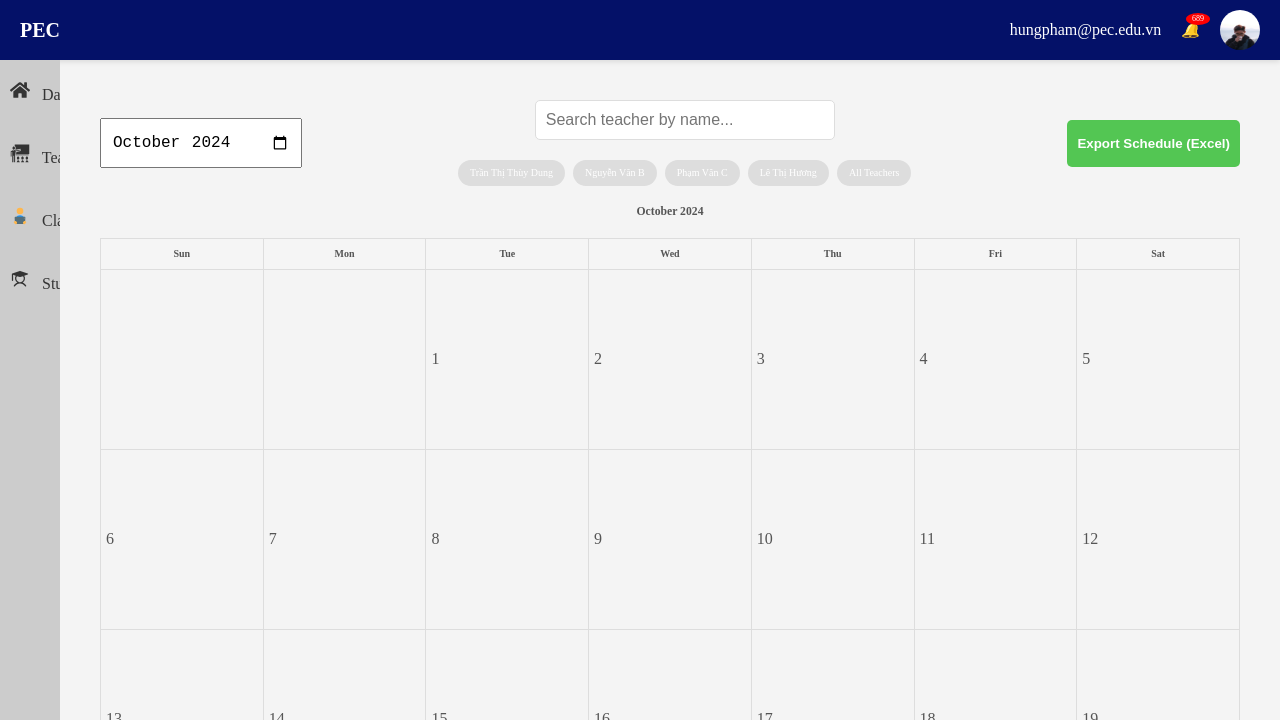
Repository: BitDanceLabels/Bumblebee_BDG
Page: /class-schedule
The author's editor kept a copy of each file at every save. The page is drawn from the files as they stood at one save, then again after the next save.
The browser window is 1280 px wide. The pictures show the whole page.
An inner scrolling area shows only its first screen. The project was rebuilt for these pictures with package versions that can differ from the ones it lists, and the page was loaded fresh each time. Also part of the build but not shown: vite.config.js, src/components/Dashboard/ScheduleStyle.jsx, src/shared/functions.jsx, src/components/Dashboard/ScheduleComponent.jsx, src/components/modal/ClassBookingModal.jsx, src/components/modal/ClassUpdateBookingModal.jsx, src/components/Management/Booking.jsx, src/components/modal/CreateStudentModal.jsx and 25 more.

Above is the page before, as saved 2024-10-09 08:55:30.

### index.html
<!DOCTYPE html>
<html lang="en">
  <head>
    <meta charset="UTF-8" />
    <link rel="icon" type="image/png" href="./src/assets/main_logo.png" />
    <meta name="viewport" content="width=device-width, initial-scale=1.0" />
    <title>Power English CRM</title>
  </head>
  <body>
    <div id="root"></div>
    <script type="module" src="/src/main.jsx"></script>
  </body>
</html>

### src/main.jsx
import { StrictMode } from 'react'
import { createRoot } from 'react-dom/client'
import MainApp from './pages/MainApp.jsx'
import App from './App.jsx'
import './index.css'

createRoot(document.getElementById('root')).render(
  <StrictMode>
    <MainApp />
  </StrictMode>
)

### src/pages/MainApp.jsx
import React, { useState } from 'react'
import Header from '../components/General/Header'
import Navbar from '../components/General/Navbar'
import ScheduleComponent from '../components/Dashboard/ScheduleComponent'
import ClassScheduleMonthly from '../components/Dashboard/ClassScheduleMonthly'
import Booking from '../components/Management/Booking'
import ListOfStudent from '../components/Student/ListOfStudent'
import ListOfTeacher from '../components/Teacher/ListOfTeacher'
import { BrowserRouter as Router, Route, Routes } from 'react-router-dom'
import styled from 'styled-components'
import TeacherTabs from '../components/Teacher/TeacherTabs'
import StudentProfile from '../components/Student/StudentProfile'
import TeacherRegisterTimeTable from '../components/Teacher/TeacherRegisterTimeTable'
import TeacherTimeTable from '../components/Teacher/TeacherTimeTable'
import CourseInfo from '../components/Student/CourseInfo'
import TicketTabs from '../components/Management/TicketTabs'
import Users from '../components/Management/Users'

function MainApp() {
  const [isHovered, setIsHovered] = useState(false)

  return (
    <Router>
      <MainAppWrapper>
        <HeaderWrapper>
          <Header />
        </HeaderWrapper>
        <div className="main-layout">
          {/* Truyền setIsHovered để cập nhật trạng thái */}
          <NavbarWrapper
            onMouseEnter={() => setIsHovered(true)}
            onMouseLeave={() => setIsHovered(false)}
            isHovered={isHovered}
          >
            {/* Truyền trạng thái isHovered vào Navbar */}
            <Navbar isHovered={isHovered} />
          </NavbarWrapper>
          <ContentWrapper isHovered={isHovered}>
            <Routes>
              <Route path="/classes" element={<ScheduleComponent />} />
              <Route
                path="/class-schedule"
                element={<ClassScheduleMonthly />}
              />
              <Route path="/booking" element={<Booking />} />
              <Route path="/students" element={<ListOfStudent />} />
              <Route path="/teacher" element={<ListOfTeacher />} />
              <Route path="/teacher-profile" element={<TeacherTabs />} />
              <Route path="/student-profile" element={<StudentProfile />} />
              <Route path="/teacher-timetable" element={<TeacherTimeTable />} />
              <Route path="/course-info" element={<CourseInfo />} />
              <Route path="/ticket" element={<TicketTabs />} />
              <Route path="/users" element={<Users />} />
              <Route
                path="/teacher-register"
                element={<TeacherRegisterTimeTable />}
              />
              {/* Add more routes as needed */}
            </Routes>
          </ContentWrapper>
        </div>
      </MainAppWrapper>
    </Router>
  )
}

const MainAppWrapper = styled.main`
  width: 100%;
  display: flex;
  flex-direction: column;
  height: 100vh;

  .main-layout {
    display: flex;
    flex-grow: 1;
  }
`

const HeaderWrapper = styled.header`
  position: fixed;
  top: 0;
  width: 100%;
  z-index: 1000;
  background-color: white;
  box-shadow: 0 2px 5px rgba(0, 0, 0, 0.1);
`

const NavbarWrapper = styled.nav`
  position: fixed;
  top: 60px;
  left: 0;
  height: calc(100vh - 60px);
  width: ${({ isHovered }) => (isHovered ? '250px' : '60px')};
  background-color: #ccc;
  color: white;
  z-index: 1000;
  overflow-y: auto;
  overflow-x: hidden;
  transition: width 0.3s ease, transform 0.3s ease;

  &:hover {
    transform: translateX(0);
  }
`

const ContentWrapper = styled.div`
  margin-top: 60px;
  margin-left: ${({ isHovered }) =>
    isHovered ? '250px' : '60px'}; /* Thay đổi margin khi hover */
  padding: 20px;
  flex-grow: 1;
  background-color: #f4f4f4;
  min-height: 100%;
  overflow-y: auto;
  transition: margin-left 0.3s ease;
`

export default MainApp

### src/index.css
/*
--- 01 TYPOGRAPHY SYSTEM

- Font sizes (px)
10 / 12 / 14 / 16 / 18 / 20 / 24 / 30 / 36 / 44 / 52 / 62 / 74 / 86 / 98
h2: 3.6rem
h3: 2.4rem
p: 1.8rem

- Font weights
Default: 400
Medium: 500
Semi-bold: 600
Bold: 700

- Line heights
Default: 1
Small: 1.05
Medium: 1.2
Paragraph default: 1.6
Large: 1.8

- Letter spacing
-0.5px
0.75px


--- 05 SHADOWS

0 2.4rem 4.8rem rgba(0, 0, 0, 0.075);

--- 06 BORDER-RADIUS

Default: 9px
Medium: 11px

--- 07 WHITESPACE

- Spacing system (px)
2 / 4 / 8 / 12 / 16 / 24 / 32 / 48 / 64 / 80 / 96 / 128
*/

/* google font */
@import url('https://fonts.googleapis.com/css2?family=Rubik:wght@400;500;600;700&display=swap');
* {
  padding: 0;
  margin: 0;
  box-sizing: border-box;
}

html {
  /* font-size: 10px; */

  /* 10px / 16px = 0.625 = 62.5% */
  /* Percentage of user's browser font-size setting */
  font-size: 62.5%;
  overflow-x: hidden;

  /* Does NOT work on Safari */
  scroll-behavior: smooth;
}

body {
  font-family: 'Times New Roman', Times, serif;
  line-height: 1;
  font-weight: 400;
  color: #555;
  /* background-color: #f9f9f9; */
  background-color: #f1f3f5;

  /* Only works if there is nothing absolutely positioned in relation to body */
  overflow-x: hidden;
}

/**************************/
/* GENRAL REUSABLE COMPONENTS */
/**************************/

/* container */
.container {
  max-width: 1200px;
  margin: 0 auto;
  padding: 0 1.8rem;
}

@media screen and (min-width: 768px) {
  .container {
    padding: 0 3.4rem;
  }
}

@media screen and (min-width: 1400px) {
  .container {
    padding: 0 1rem;
  }
}

.grid {
  display: grid;
  column-gap: 6.4rem;
  row-gap: 9.6rem;

  /* margin-bottom: 9.6rem; */
}

.flex {
  display: flex;
  align-items: center;
}

/* .grid:last-child {
    margin-bottom: 0;
  } */

.grid:not(:last-child) {
  margin-bottom: 9.6rem;
}

.grid--2-cols {
  grid-template-columns: repeat(2, 1fr);
}

.grid--3-cols {
  grid-template-columns: repeat(3, 1fr);
}

.grid--4-cols {
  grid-template-columns: repeat(4, 1fr);
}

/* .grid--5-cols {
    grid-template-columns: repeat(5, 1fr);
  } */

.grid--center-v {
  align-items: center;
}

.white-space-large {
  margin-bottom: 12.8rem;
}

.white-space-medium {
  margin-bottom: 9.6rem;
}

.white-space-medium--top {
  margin-top: 9.6rem;
}

.white-space-small {
  margin-bottom: 6.4rem;
}

.white-space-small--top {
  margin-top: 6.4rem;
}

/* .heading-primary,
.heading-secondary,
.heading-tertiary {
  font-weight: 700;
  color: #333;
  letter-spacing: -0.5px;
}

.heading-primary {
  font-size: 5.2rem;
  line-height: 1.05;
  margin-bottom: 3.2rem;
}

.heading-secondary {
  font-size: 4.4rem;
  line-height: 1.2;
  margin-bottom: 9.6rem;
}

.heading-tertiary {
  font-size: 3rem;
  line-height: 1.2;
  margin-bottom: 3.2rem;
}

.subheading {
  display: block;
  font-size: 1.6rem;
  font-weight: 500;
  color: #1971c2;
  text-transform: uppercase;
  margin-bottom: 1.6rem;
  letter-spacing: 0.75px;
} */
/*
.btn,
.btn:link,
.btn:visited {
  display: inline-block;

  text-decoration: none;
  font-size: 2rem;
  font-weight: 600;
  padding: 1.6rem 3.2rem;
  border-radius: 9px;

  border: none;
  cursor: pointer;
  font-family: inherit;
  transition: all 0.3s;
}

.btn--full:link,
.btn--full:visited {
  background-color: #1971c2;
  color: #fff;
}

.btn--full:hover,
.btn--full:active {
  background-color: #1971c2;
}

.btn--outline:link,
.btn--outline:visited {
  background-color: #fff;
  color: #555;
}

.btn--outline:hover,
.btn--outline:active {
  background-color: #fdf2e9;
  box-shadow: inset 0 0 0 3px #fff;
}

.btn--form {
  background-color: #45260a;
  color: #fdf2e9;
  align-self: end;
  padding: 1.2rem;
}

.btn--form:hover {
  background-color: #fff;
  color: #555;
}
*/
/* .link:link,
.link:visited {
  display: inline-block;
  color: #1971c2;
  text-decoration: none;
  border-bottom: 1px solid currentColor;
  padding-bottom: 2px;
  transition: all 0.3s;
}

.link:hover,
.link:active {
  color: #1971c2;
  border-bottom: 1px solid transparent;
}

.list {
  list-style: none;
  display: flex;
  flex-direction: column;
  gap: 1.6rem;
}

.list-item {
  font-size: 1.8rem;
  display: flex;
  align-items: center;
  gap: 1.6rem;
  line-height: 1.2;
}

.list-icon {
  width: 3rem;
  height: 3rem;
  color: #1971c2;
} */

/**/
/* *:focus {
  outline: none;
  box-shadow: 0 0 0 0.3rem #1971c2;
} */

/* HELPER/SETTINGS CLASSES */
.margin-right-sm {
  margin-right: 1.6rem !important;
}

.margin-bottom-md {
  margin-bottom: 4.8rem !important;
}

.center-text {
  text-align: center;
}

strong {
  font-weight: 500;
}

### src/components/General/Navbar.jsx
import React, { useState } from 'react'
import styled from 'styled-components'
import { FaHome } from 'react-icons/fa'
import { GiTeacher } from 'react-icons/gi'
import { FcReadingEbook } from 'react-icons/fc'
import { Link } from 'react-router-dom'
import { PiStudentFill } from 'react-icons/pi'

const Navbar = ({ isHovered }) => {
  const [activeItem, setActiveItem] = useState('dashboard')

  const handleItemClick = (item) => {
    setActiveItem(item)
  }

  return (
    <NavbarWrapper>
      <nav className="navbar">
        <ul>
          <li onClick={() => handleItemClick('classes')}>
            <Link to="/classes">
              <FaHome style={{ marginRight: '8px', fontSize: '20px' }} />{' '}
              Dashboard
            </Link>
          </li>

          {/* Submenu for Classes per day */}
          <ul className={`sub-menu ${isHovered ? 'show' : 'hide'}`}>
            <li
              className={activeItem === 'classes' ? 'active' : ''}
              onClick={() => handleItemClick('classes')}
            >
              <Link to="/classes">★ Classes schedule</Link>
            </li>
          </ul>

          <li onClick={() => handleItemClick('teacher')}>
            <Link to="/teacher">
              <GiTeacher style={{ marginRight: '8px', fontSize: '20px' }} />{' '}
              Teacher
            </Link>
          </li>

          {/* Submenu for List Of Teacher */}
          <ul className={`sub-menu ${isHovered ? 'show' : 'hide'}`}>
            <li
              className={activeItem === 'teacher' ? 'active' : ''}
              onClick={() => handleItemClick('teacher')}
            >
              <Link to="/teacher">★ List Of Teacher</Link>
            </li>

            <li
              className={activeItem === 'teacher-register' ? 'active' : ''}
              onClick={() => handleItemClick('teacher-register')}
            >
              <Link to="/teacher-register">★ Register Time Table</Link>
            </li>

            <li
              className={activeItem === 'teacher-timetable' ? 'active' : ''}
              onClick={() => handleItemClick('teacher-timetable')}
            >
              <Link to="/teacher-timetable">★ Time Table</Link>
            </li>
          </ul>

          <li onClick={() => handleItemClick('booking')}>
            <Link to="/booking">
              <FcReadingEbook
                style={{ marginRight: '8px', fontSize: '20px' }}
              />{' '}
              Class Manager
            </Link>
          </li>

          {/* Submenu for Booking */}
          <ul className={`sub-menu ${isHovered ? 'show' : 'hide'}`}>
            <li
              className={activeItem === 'booking' ? 'active' : ''}
              onClick={() => handleItemClick('booking')}
            >
              <Link to="/booking">★ Booking</Link>
            </li>

            <li
              className={activeItem === 'ticket' ? 'active' : ''}
              onClick={() => handleItemClick('ticket')}
            >
              <Link to="/ticket">★ Teacher Ticket</Link>
            </li>

            <li
              className={activeItem === 'users' ? 'active' : ''}
              onClick={() => handleItemClick('users')}
            >
              <Link to="/users">★ Users</Link>
            </li>
          </ul>

          <li onClick={() => handleItemClick('listOfStudent')}>
            <Link to="/students">
              <PiStudentFill style={{ marginRight: '8px', fontSize: '20px' }} />{' '}
              Student
            </Link>
          </li>

          {/* Submenu for List Of Students */}
          <ul className={`sub-menu ${isHovered ? 'show' : 'hide'}`}>
            <li
              className={activeItem === 'listOfStudent' ? 'active' : ''}
              onClick={() => handleItemClick('listOfStudent')}
            >
              <Link to="/students">★ List Of Students</Link>
            </li>
          </ul>
        </ul>
      </nav>
    </NavbarWrapper>
  )
}

const NavbarWrapper = styled.nav`
  width: 14%;
  .navbar {
    width: 250px;
    background-color: #ccc;
    color: white;
    max-height: 100vh;
    overflow-y: auto;
    overflow-x: hidden;
  }

  .navbar ul {
    list-style-type: none;
    padding: 0;
    margin: 0;
  }

  .navbar li {
    cursor: pointer;
    color: white;
    width: 100%;
  }

  .navbar li a {
    width: 100%;
    color: #333;
    font-weight: 500;
    font-size: 16px;
    display: inline-block;
    transition: transform 0.3s ease;
    text-decoration: none;
    padding: 20px 10px;
  }

  .navbar li:hover a {
    transform: scale(1.2);
    transform-origin: left;
  }

  .navbar li.active {
    background-color: #feed01;
  }

  /* Submenu styles */
  .sub-menu {
    list-style-type: none;
    padding-left: 20px;
    transition: max-height 0.3s ease;
    overflow: hidden;
  }

  .sub-menu.hide {
    max-height: 0;
  }

  .sub-menu.show {
    max-height: 500px;
  }

  .sub-menu li {
  }

  .sub-menu li a {
    font-size: 14px;
    width: 100%;
    padding-left: 32px;
    padding: 20px 30px;
  }
`

export default Navbar

Loaded but not shown: src/components/Dashboard/ClassScheduleMonthly.jsx (236 lines, source omitted); src/components/General/Header.jsx (236 lines, source omitted)

After the next save:
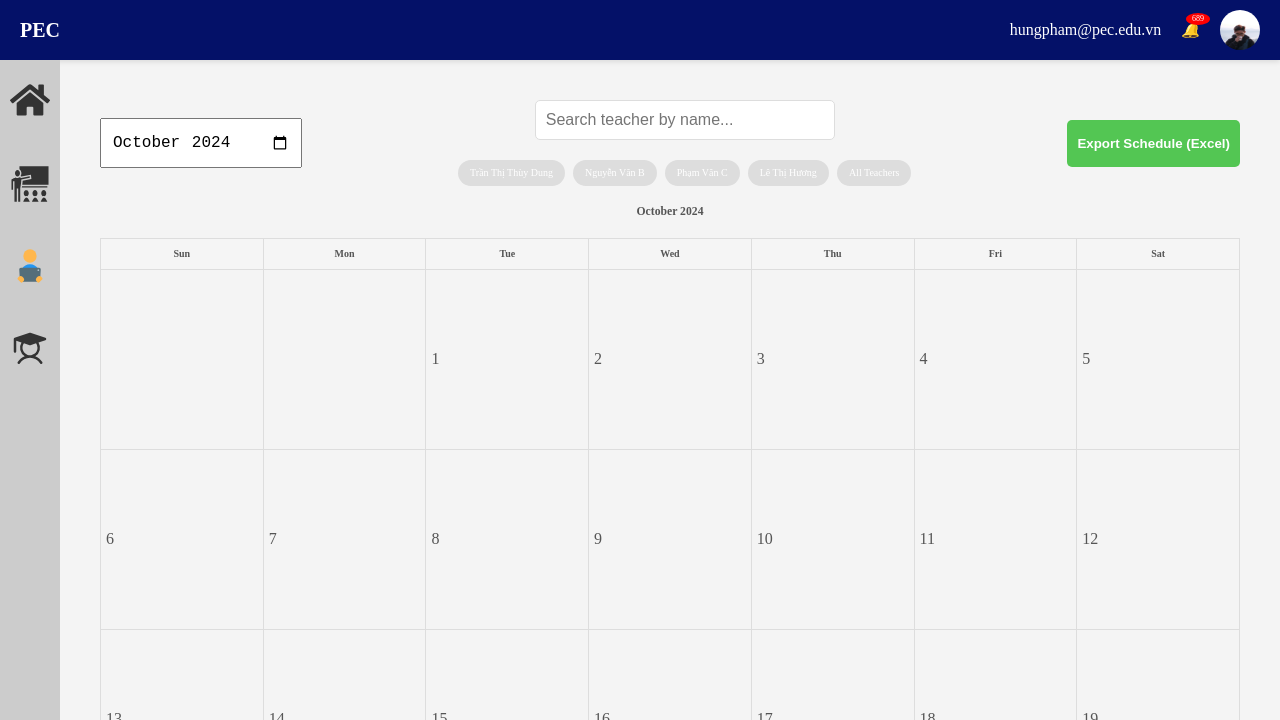
Saved 3 min 20 s later.
--- a/src/components/General/Navbar.jsx
+++ b/src/components/General/Navbar.jsx
@@ -14,17 +14,15 @@
   }
 
   return (
-    <NavbarWrapper>
+    <NavbarWrapper isHovered={isHovered}>
       <nav className="navbar">
         <ul>
           <li onClick={() => handleItemClick('classes')}>
             <Link to="/classes">
-              <FaHome style={{ marginRight: '8px', fontSize: '20px' }} />{' '}
-              Dashboard
+              <FaHome className="icon" /> Dashboard
             </Link>
           </li>
 
-          {/* Submenu for Classes per day */}
           <ul className={`sub-menu ${isHovered ? 'show' : 'hide'}`}>
             <li
               className={activeItem === 'classes' ? 'active' : ''}
@@ -36,12 +34,10 @@
 
           <li onClick={() => handleItemClick('teacher')}>
             <Link to="/teacher">
-              <GiTeacher style={{ marginRight: '8px', fontSize: '20px' }} />{' '}
-              Teacher
+              <GiTeacher className="icon" /> Teacher
             </Link>
           </li>
 
-          {/* Submenu for List Of Teacher */}
           <ul className={`sub-menu ${isHovered ? 'show' : 'hide'}`}>
             <li
               className={activeItem === 'teacher' ? 'active' : ''}
@@ -67,14 +63,10 @@
 
           <li onClick={() => handleItemClick('booking')}>
             <Link to="/booking">
-              <FcReadingEbook
-                style={{ marginRight: '8px', fontSize: '20px' }}
-              />{' '}
-              Class Manager
+              <FcReadingEbook className="icon" /> Class Manager
             </Link>
           </li>
 
-          {/* Submenu for Booking */}
           <ul className={`sub-menu ${isHovered ? 'show' : 'hide'}`}>
             <li
               className={activeItem === 'booking' ? 'active' : ''}
@@ -100,12 +92,10 @@
 
           <li onClick={() => handleItemClick('listOfStudent')}>
             <Link to="/students">
-              <PiStudentFill style={{ marginRight: '8px', fontSize: '20px' }} />{' '}
-              Student
+              <PiStudentFill className="icon" /> Student
             </Link>
           </li>
 
-          {/* Submenu for List Of Students */}
           <ul className={`sub-menu ${isHovered ? 'show' : 'hide'}`}>
             <li
               className={activeItem === 'listOfStudent' ? 'active' : ''}
@@ -163,6 +153,13 @@
     background-color: #feed01;
   }
 
+  /* Icon size logic */
+  .icon {
+    margin-right: 8px;
+    transition: font-size 0.3s ease;
+    font-size: ${({ isHovered }) => (isHovered ? '20px' : '40px')};
+  }
+
   /* Submenu styles */
   .sub-menu {
     list-style-type: none;
@@ -178,16 +175,6 @@
   .sub-menu.show {
     max-height: 500px;
   }
-
-  .sub-menu li {
-  }
-
-  .sub-menu li a {
-    font-size: 14px;
-    width: 100%;
-    padding-left: 32px;
-    padding: 20px 30px;
-  }
 `
 
 export default Navbar

After the save that followed:
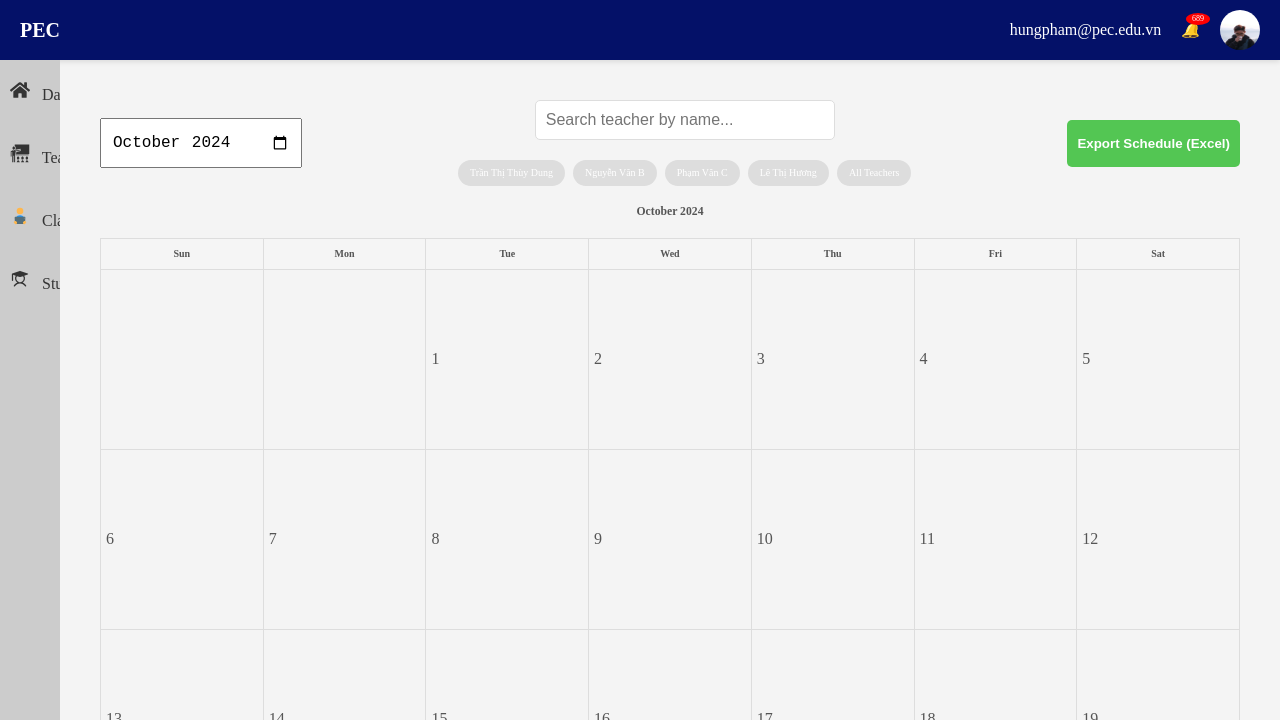
Saved 66 s later.
--- a/src/components/General/Navbar.jsx
+++ b/src/components/General/Navbar.jsx
@@ -14,15 +14,17 @@
   }
 
   return (
-    <NavbarWrapper isHovered={isHovered}>
+    <NavbarWrapper>
       <nav className="navbar">
         <ul>
           <li onClick={() => handleItemClick('classes')}>
             <Link to="/classes">
-              <FaHome className="icon" /> Dashboard
+              <FaHome style={{ marginRight: '8px', fontSize: '20px' }} />{' '}
+              Dashboard
             </Link>
           </li>
 
+          {/* Submenu for Classes per day */}
           <ul className={`sub-menu ${isHovered ? 'show' : 'hide'}`}>
             <li
               className={activeItem === 'classes' ? 'active' : ''}
@@ -34,10 +36,12 @@
 
           <li onClick={() => handleItemClick('teacher')}>
             <Link to="/teacher">
-              <GiTeacher className="icon" /> Teacher
+              <GiTeacher style={{ marginRight: '8px', fontSize: '20px' }} />{' '}
+              Teacher
             </Link>
           </li>
 
+          {/* Submenu for List Of Teacher */}
           <ul className={`sub-menu ${isHovered ? 'show' : 'hide'}`}>
             <li
               className={activeItem === 'teacher' ? 'active' : ''}
@@ -63,10 +67,14 @@
 
           <li onClick={() => handleItemClick('booking')}>
             <Link to="/booking">
-              <FcReadingEbook className="icon" /> Class Manager
+              <FcReadingEbook
+                style={{ marginRight: '8px', fontSize: '20px' }}
+              />{' '}
+              Class Manager
             </Link>
           </li>
 
+          {/* Submenu for Booking */}
           <ul className={`sub-menu ${isHovered ? 'show' : 'hide'}`}>
             <li
               className={activeItem === 'booking' ? 'active' : ''}
@@ -92,10 +100,12 @@
 
           <li onClick={() => handleItemClick('listOfStudent')}>
             <Link to="/students">
-              <PiStudentFill className="icon" /> Student
+              <PiStudentFill style={{ marginRight: '8px', fontSize: '20px' }} />{' '}
+              Student
             </Link>
           </li>
 
+          {/* Submenu for List Of Students */}
           <ul className={`sub-menu ${isHovered ? 'show' : 'hide'}`}>
             <li
               className={activeItem === 'listOfStudent' ? 'active' : ''}
@@ -153,13 +163,6 @@
     background-color: #feed01;
   }
 
-  /* Icon size logic */
-  .icon {
-    margin-right: 8px;
-    transition: font-size 0.3s ease;
-    font-size: ${({ isHovered }) => (isHovered ? '20px' : '40px')};
-  }
-
   /* Submenu styles */
   .sub-menu {
     list-style-type: none;
@@ -175,6 +178,16 @@
   .sub-menu.show {
     max-height: 500px;
   }
+
+  .sub-menu li {
+  }
+
+  .sub-menu li a {
+    font-size: 14px;
+    width: 100%;
+    padding-left: 32px;
+    padding: 20px 30px;
+  }
 `
 
 export default Navbar
